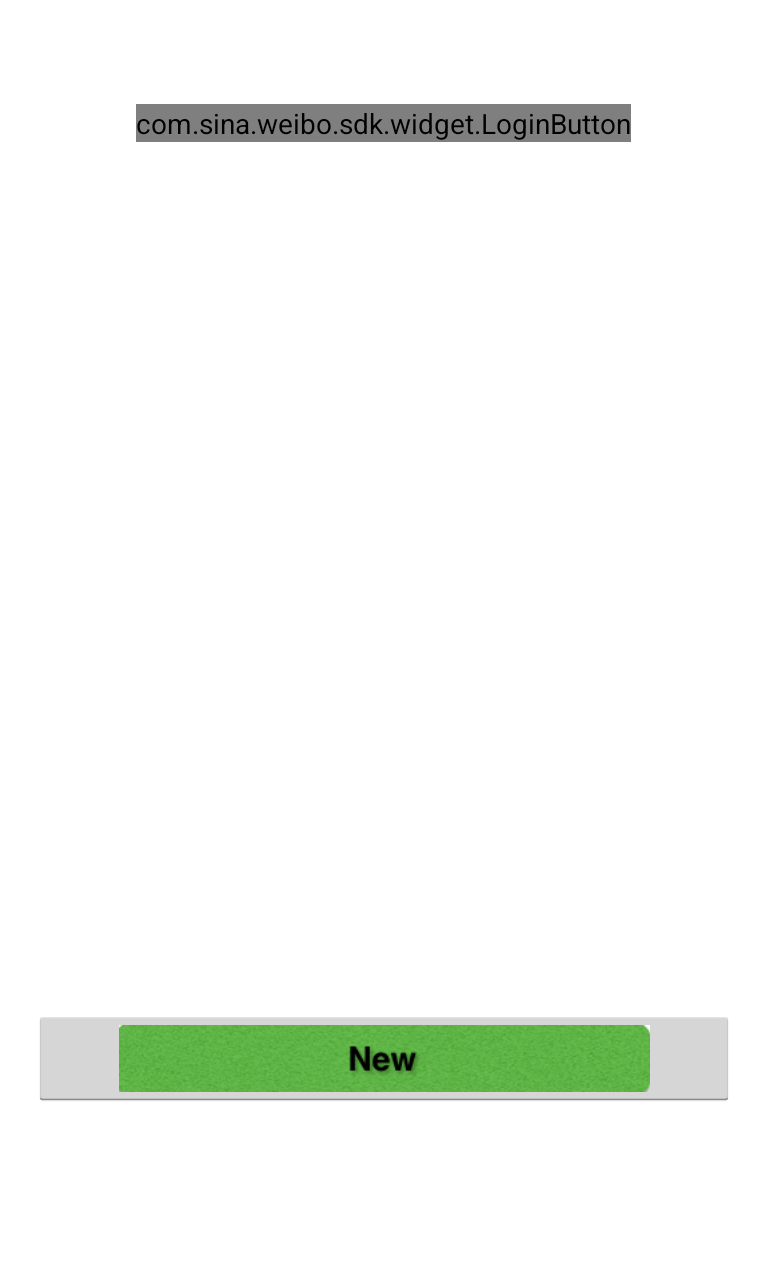
Repository: aojue/HappyAA
Layout: HappyAA/res/layout/activity_main.xml
These files come from the project's save history. The layout is drawn as it stood at one moment and after the next save; the edit follows.
Pictures or frames that could not be fetched are drawn as grey boxes. It is drawn on a 768 x 1280 px phone screen (xhdpi) without system bars, with theme AppTheme; the app's code is not run.

Above is the layout before, as saved 2014-10-25 07:03:42.

### HappyAA/res/layout/activity_main.xml
<RelativeLayout xmlns:android="http://schemas.android.com/apk/res/android"
    xmlns:tools="http://schemas.android.com/tools"
    android:layout_width="match_parent"
    android:layout_height="match_parent"
    android:paddingBottom="@dimen/activity_vertical_margin"
    android:paddingLeft="@dimen/activity_horizontal_margin"
    android:paddingRight="@dimen/activity_horizontal_margin"
    android:paddingTop="@dimen/activity_vertical_margin"
    tools:context="com.sina.weibo.happyaa.MainActivity" >

    <com.sina.weibo.sdk.widget.LoginButton
        android:id="@+id/loginButton1"
        android:layout_width="wrap_content"
        android:layout_height="wrap_content"
        android:layout_alignParentTop="true"
        android:layout_centerHorizontal="true"
        android:layout_marginTop="36dp"
       />

    <ImageButton
        android:id="@+id/imageButton1"
        android:layout_width="fill_parent"
        android:layout_height="wrap_content"
        android:layout_alignParentBottom="true"
        android:layout_centerHorizontal="true"
        android:layout_marginBottom="70dp"
        android:contentDescription="@drawable/ic_lb"
        android:src="@drawable/ic_lb" />

</RelativeLayout>

Loaded but not shown: HappyAA/res/values/styles.xml (common file); HappyAA/res/values-v11/styles.xml (common file); HappyAA/res/values-v14/styles.xml (common file); HappyAA/res/values/dimens.xml (common file); HappyAA/res/values-w820dp/dimens.xml (common file)

After the next save:
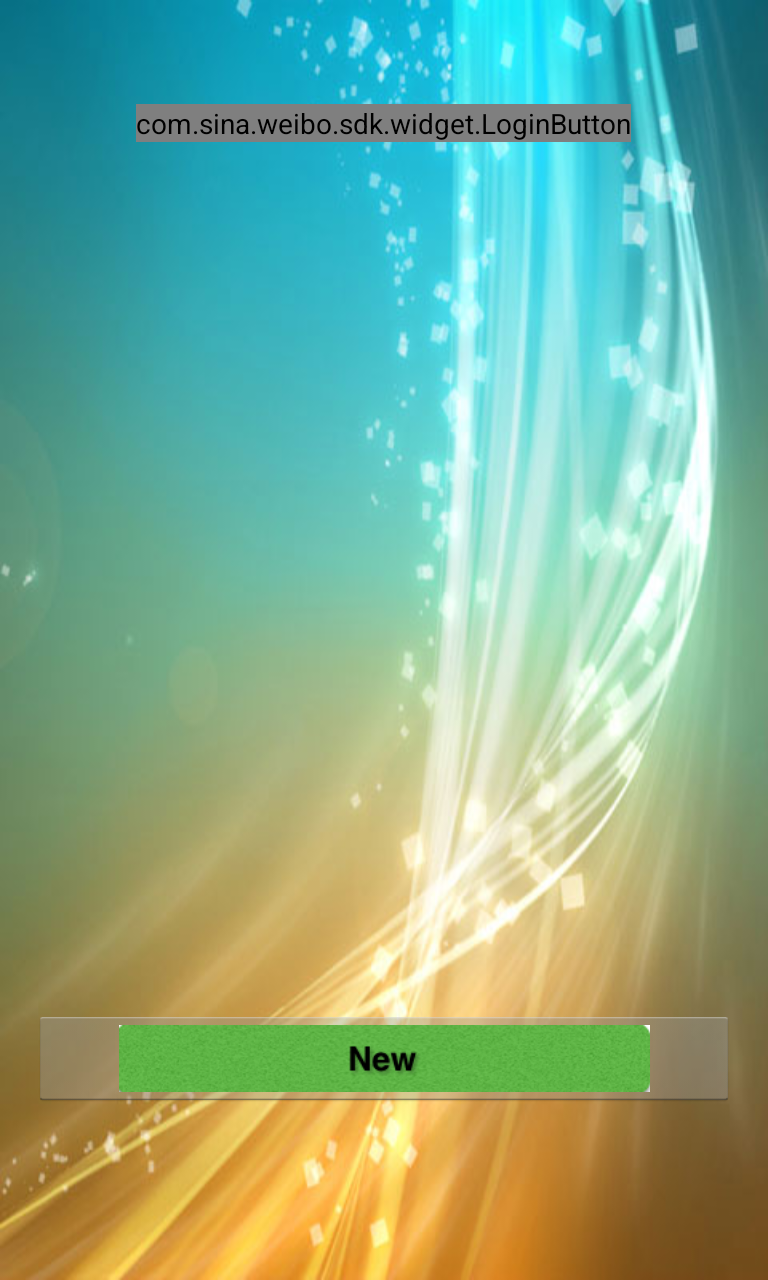
Saved 13 min 39 s later.
--- a/HappyAA/res/layout/activity_main.xml
+++ b/HappyAA/res/layout/activity_main.xml
@@ -6,7 +6,8 @@
     android:paddingLeft="@dimen/activity_horizontal_margin"
     android:paddingRight="@dimen/activity_horizontal_margin"
     android:paddingTop="@dimen/activity_vertical_margin"
-    tools:context="com.sina.weibo.happyaa.MainActivity" >
+    tools:context="com.sina.weibo.happyaa.MainActivity"
+    android:background="@drawable/ic_lb_a">
 
     <com.sina.weibo.sdk.widget.LoginButton
         android:id="@+id/loginButton1"
